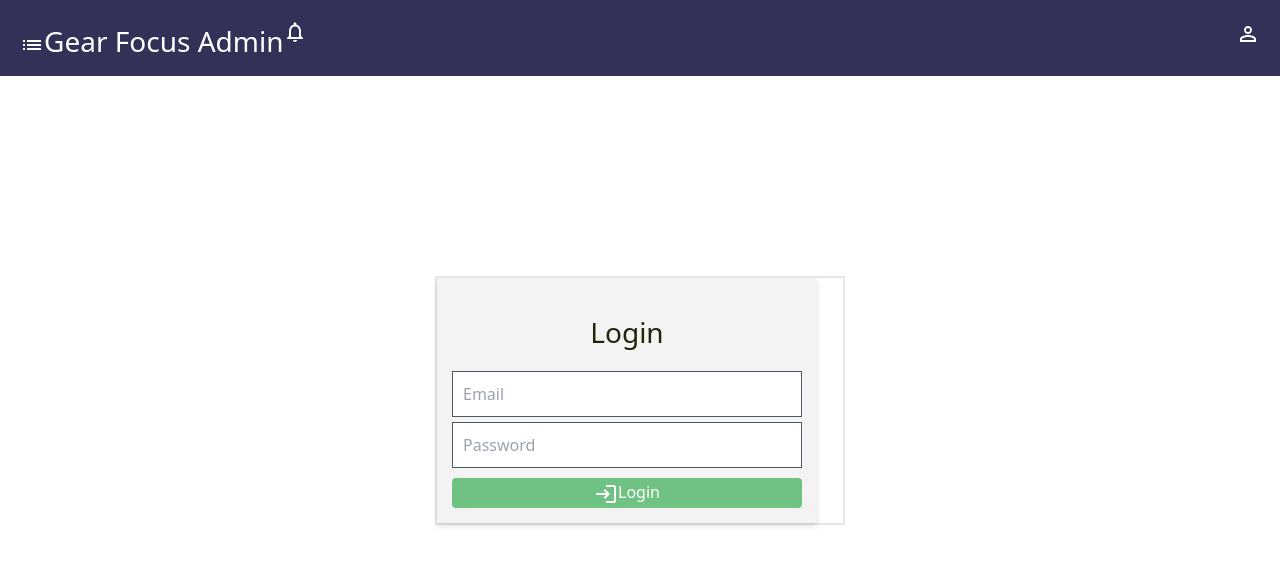
Repository: Kiendz3202/projectFinalPGS
Page: /
These files come from the project's save history. The page is drawn as it stood at one moment and after the next save; the edit follows.
The browser window is 1280 px wide. The pictures show the whole page.
The project was rebuilt for these pictures with package versions that can differ from the ones it lists, and the page was loaded fresh each time. Also part of the build but not shown: src/App.css, src/pages/HomePage.tsx, src/ProtectedRoute.tsx.

Above is the page before, as saved 2022-03-07 22:34:18.

### src/index.tsx
import React from 'react';
import ReactDOM from 'react-dom';
import './index.css';
import App from './App';
import { BrowserRouter} from 'react-router-dom'

ReactDOM.render(
  <BrowserRouter>
    <App />
  </BrowserRouter>,
  document.getElementById('root')
);

### src/App.tsx
import React, { Fragment } from 'react';
import logo from './logo.svg';
import './App.css';
import LoginPage from './pages/LoginPage';
import Router from './Router';
import Header from './components/header/Header';

function App() {
  return (
    <Fragment>
    <Header />
    <Router />
    </Fragment>
  );
}

export default App;

### src/Router.tsx
import React, { lazy } from 'react';
import { Route, Routes,BrowserRouter,Navigate } from 'react-router-dom';
import {ROUTES} from './config/Routes'
import ProtectedRoute from './ProtectedRoute';
import { Suspense } from 'react';


const HomePage = lazy(() => import('./pages/HomePage'));
const LoginPage = lazy(() => import('./pages/LoginPage'));

interface Props {}

const Router = (props: Props) => {

  return (
    <Suspense fallback={<div>Loading.....</div>}>
      <Routes>
        <Route path={ROUTES.login} element={<LoginPage />} />
        <Route path={ROUTES.home} element={<ProtectedRoute />} />
        <Route path="/" element={<Navigate to={ROUTES.login} />} />
      </Routes>
    </Suspense>
  );
};

export default Router

### src/components/header/Header.tsx
import React from 'react'
import ListIcon from '@mui/icons-material/List';
import NotificationsNoneIcon from '@mui/icons-material/NotificationsNone';
import PersonOutlineIcon from '@mui/icons-material/PersonOutline';

function Header() {
  return (
    <div className='w-full p-[20px] bg-[#323259] text-white'>
        <div className='w-full flex justify-between h-[36px] '>
        <div>
            <ul className='flex'>
                <li className='text-[28px]'><ListIcon /></li>
                <li className='text-[28px]'>Gear Focus Admin</li>
                <li className='text-[14px]'><NotificationsNoneIcon /></li>
            </ul>
        </div>
        <div>
            <PersonOutlineIcon />
        </div>
        </div>
    </div>
  )
}

export default Header

### src/config/Routes.tsx
export const ROUTES = {
    home:'/home',
    login:'/login'
}

### src/pages/LoginPage.tsx
import React,{useState} from 'react'
import { useNavigate } from 'react-router-dom';
import { ILoginValidation } from '../components/auth/auth'
import Login from '../components/auth/Login'


function LoginPage() {
    const [loading, setLoading] = useState(false);
    const [errorMessage, setErrorMessage] = useState('');
    const navigate = useNavigate()
    const onLogin = async (value:ILoginValidation) =>{
      try{
        const response = await fetch('https://api.gearfocus.div4.pgtest.co/api/authentication/login',{
        method:'POST',
        headers:{
          'Content-Type': 'application/json'
        },
        body:JSON.stringify({
          email:value.email,
          password:value.password
        })
      })
      if(!response){
        throw new Error('something wrong')
        return;
      }
      // console.log(response)
        sessionStorage.setItem("statusText",response.statusText)
        navigate('/home')
      }catch(errorMessage){
        console.warn(errorMessage)
      }
    }

    return (
        <Login onLogin={onLogin} loading={loading} errorMessage={errorMessage} />
    )
}

export default LoginPage

### src/components/auth/Login.tsx
import React, { useState } from 'react'
import LoginIcon from '@mui/icons-material/Login';
import { ILoginValidation } from './auth';
import ValidateLoginForm from './ValidateLoginForm';

interface Props{
    onLogin(value:ILoginValidation):void;
    loading:boolean;
    errorMessage:string
}

const InvalidEmailWarn = () => {
    return <p>InValid email address</p>
}
const InvalidPasswordWarn = () => {
    return <p>Invalid password. Password must be at least 6 characters long, and capital letter at the beginning.</p>
}

function Login(props:Props) {
    const {onLogin,loading,errorMessage} = props;
    const [formValue,setFormValue] = useState({email:'',password:''})
    const [isValidated,setIsValidated] = useState({email:'',password:''})
    const [email,setEmail] = useState('');
    const [password,setPassword] = useState('');
    // const onSubmit = React.useCallback((e: React.FormEvent<HTMLElement>) =>{
        // e.preventDefault();
        // setIsValidated(ValidateLoginForm(formValue));
        // if(isValidated.email && isValidated.password){
        //     onLogin(formValue);
        // }else{
        //     return;
        // }
        // console.log(isValidated)
            // onLogin(formValue))
    // }
    const valid = (value:ILoginValidation) =>{
        if(value.email === '' && value.password === ''){
            return true
        }else{
            return false
        }
    }
    const onSubmit = React.useCallback(() => {
        setIsValidated(ValidateLoginForm(formValue));
        console.log(ValidateLoginForm(formValue))
        console.log(valid(ValidateLoginForm(formValue)))
        if (!valid(ValidateLoginForm(formValue))) {
            return;
          }

          onLogin(formValue);

      }, [formValue, onLogin]);
    return (
        <div className=' max-w-[410px] w-full m-auto border-2 mt-[200px]'>
            <form  onSubmit={(e) => {
        e.preventDefault();
        onSubmit();
      }} className='flex flex-col w-[380px] p-[15px] bg-[#f3f3f3] drop-shadow-md'>
                <p className=' text-center text-[#212509] text-[28px] my-[18px]'>Login</p>
                <div className=' justify-center mb-[5px] '>
                    <input onChange={(e) => setFormValue({...formValue,email:e.target.value})} value={formValue.email} type="text" className='w-full p-[10px] border border-gray-600 outline-blue-300' placeholder='Email' />
                    {isValidated.email ?? <p>{isValidated.email}</p>}
                </div>
                <div className=' justify-center mb-[10px] '>
                    <input onChange={(e) => setFormValue({...formValue,password:e.target.value})} value={formValue.password} type="password" className='w-full p-[10px] border border-gray-600 outline-blue-300' placeholder='Password' />
                    {isValidated.password ?? <p>{isValidated.password}</p>}
                </div>
                <button className=' bg-[#70c282] h-[30px] rounded text-white font-medium'>
                    <LoginIcon />
                    Login
                </button>
                {errorMessage ?? <p>email or password is wrong!</p>}
            </form>
        </div>
    )
}

export default Login

### src/components/auth/ValidateLoginForm.tsx
import React from 'react'
import { ILoginValidation } from './auth';

export function ValidateEmail(email:string) {
    let isValidated = String(email)
    .toLowerCase()
    .match(
      /^(([^<>()[\]\\.,;:\s@"]+(\.[^<>()[\]\\.,;:\s@"]+)*)|(".+"))@((\[[0-9]{1,3}\.[0-9]{1,3}\.[0-9]{1,3}\.[0-9]{1,3}\])|(([a-zA-Z\-0-9]+\.)+[a-zA-Z]{2,}))$/
    )
    if(isValidated){
        return '';
    }else{
        return 'emailInvalid'
    }
}
export function ValidatePassword(password:string){
    if(password.length >= 6){
        return ''
    }else{
        return 'min length is 6 characters'
    }
}
export default function ValidateLoginForm(formValue:ILoginValidation){
    return {
        email:ValidateEmail(formValue.email),
        password:ValidatePassword(formValue.password)
    }
}

Loaded but not shown: public/index.html (common file); src/index.css (common file); tailwind.config.js (common file)

After the next save:
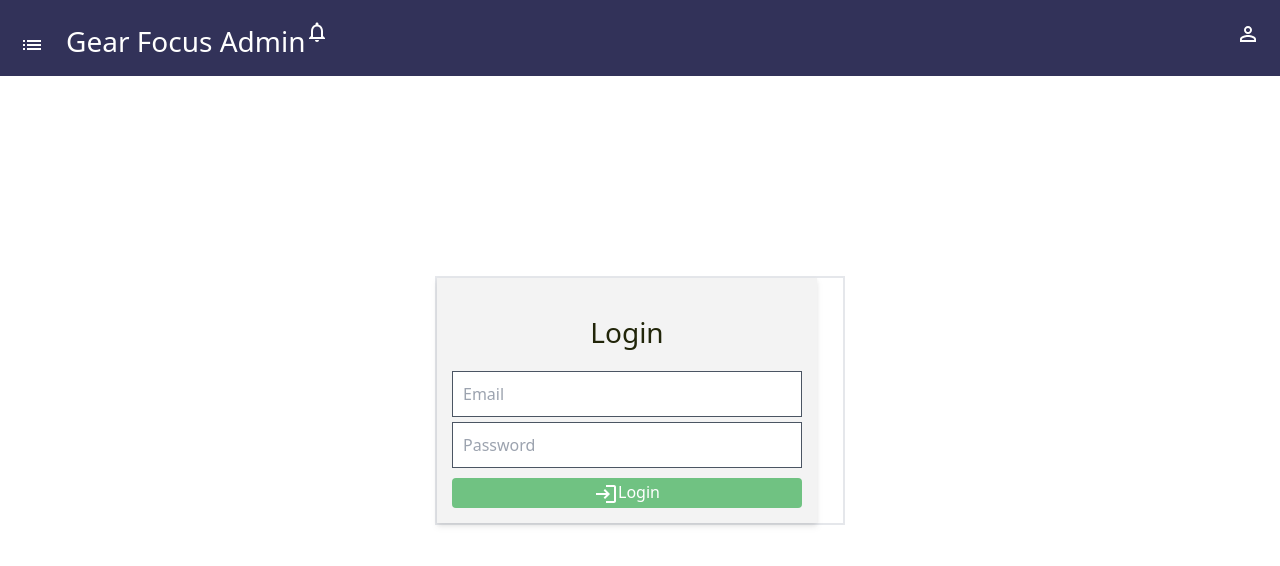
Saved 49 s later.
--- a/src/components/header/Header.tsx
+++ b/src/components/header/Header.tsx
@@ -9,7 +9,7 @@ function Header() {
         <div className='w-full flex justify-between h-[36px] '>
         <div>
             <ul className='flex'>
-                <li className='text-[28px]'><ListIcon /></li>
+                <li className='text-[28px] mr-[22px]'><ListIcon /></li>
                 <li className='text-[28px]'>Gear Focus Admin</li>
                 <li className='text-[14px]'><NotificationsNoneIcon /></li>
             </ul>
